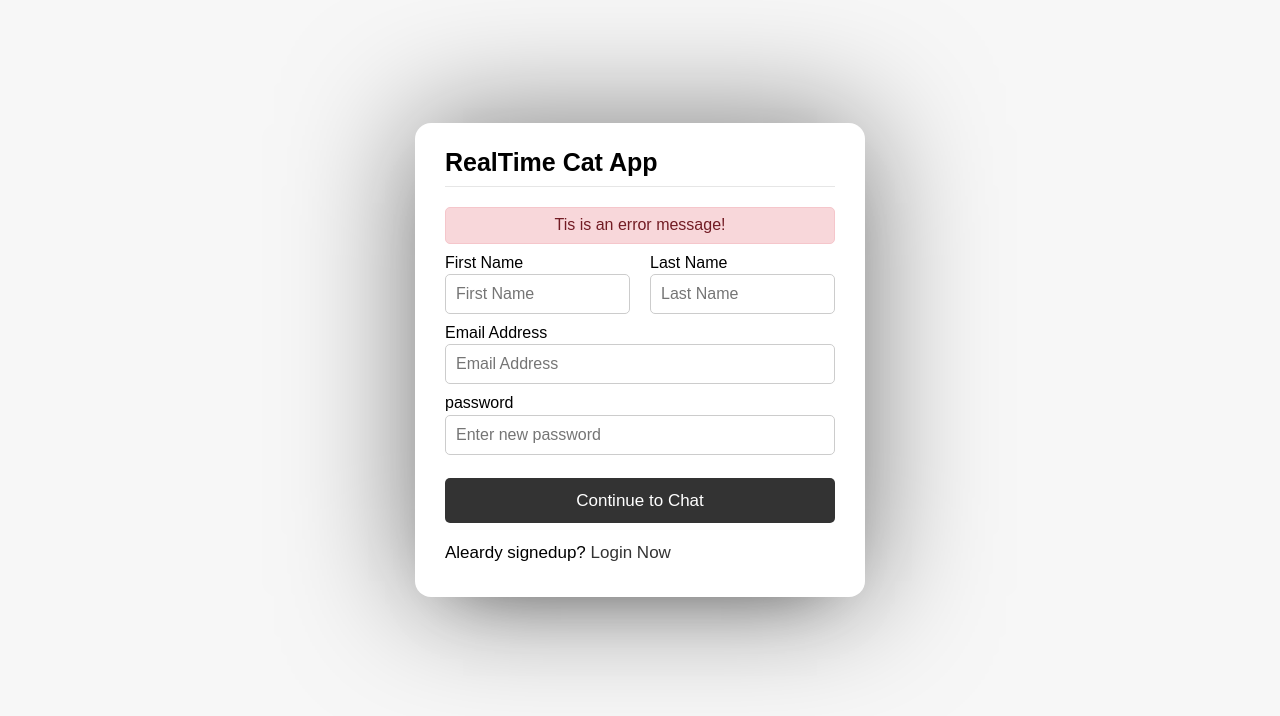
Repository: OmarEssameldinMousa/Chat-Application
Page: login.html
These files come from the project's save history. The page is drawn as it stood at one moment and after the next save; the edit follows.
The browser window is 1280 px wide. The pictures show the whole page.

Above is the page before, as saved 2023-09-21 10:01:39.

After the next save:
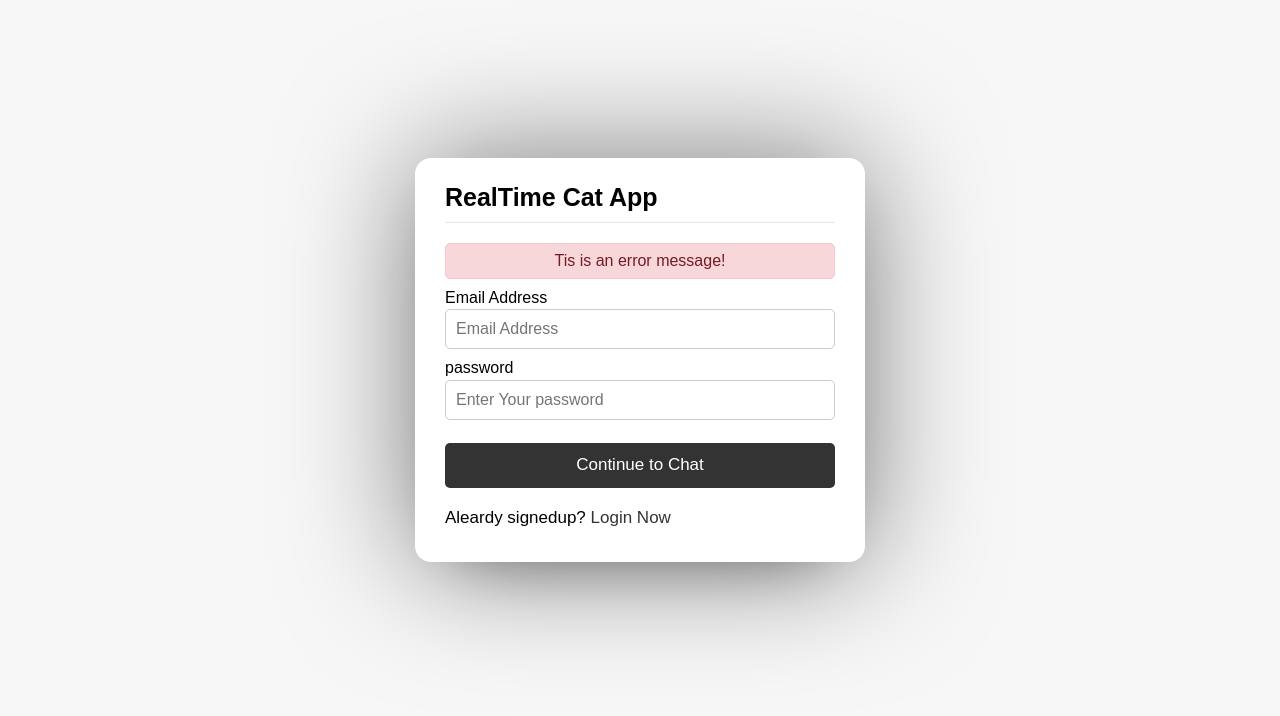
Saved 73 s later.
--- a/login.html
+++ b/login.html
@@ -16,26 +16,13 @@
             <header>RealTime Cat App</header>
             <form action="#">
                 <div class="error-txt">Tis is an error message!</div>
-                <div class="name-details">
-
-                    <div class="field input">
-                        <label for="">First Name</label>
-                        <input type="text" placeholder="First Name">
-                    </div>
-
-                    <div class="field input">
-                        <label for="">Last Name</label>
-                        <input type="text" placeholder="Last Name">
-                    </div>
-                </div>
-
                 <div class="field input">
                     <label for="">Email Address</label>
                     <input type="text" placeholder="Email Address">
                 </div>
                 <div class="field input">
                     <label for="">password</label>
-                    <input type="text" placeholder="Enter new password">
+                    <input type="text" placeholder="Enter Your password">
                 </div>
 
                 <div class="field button">
